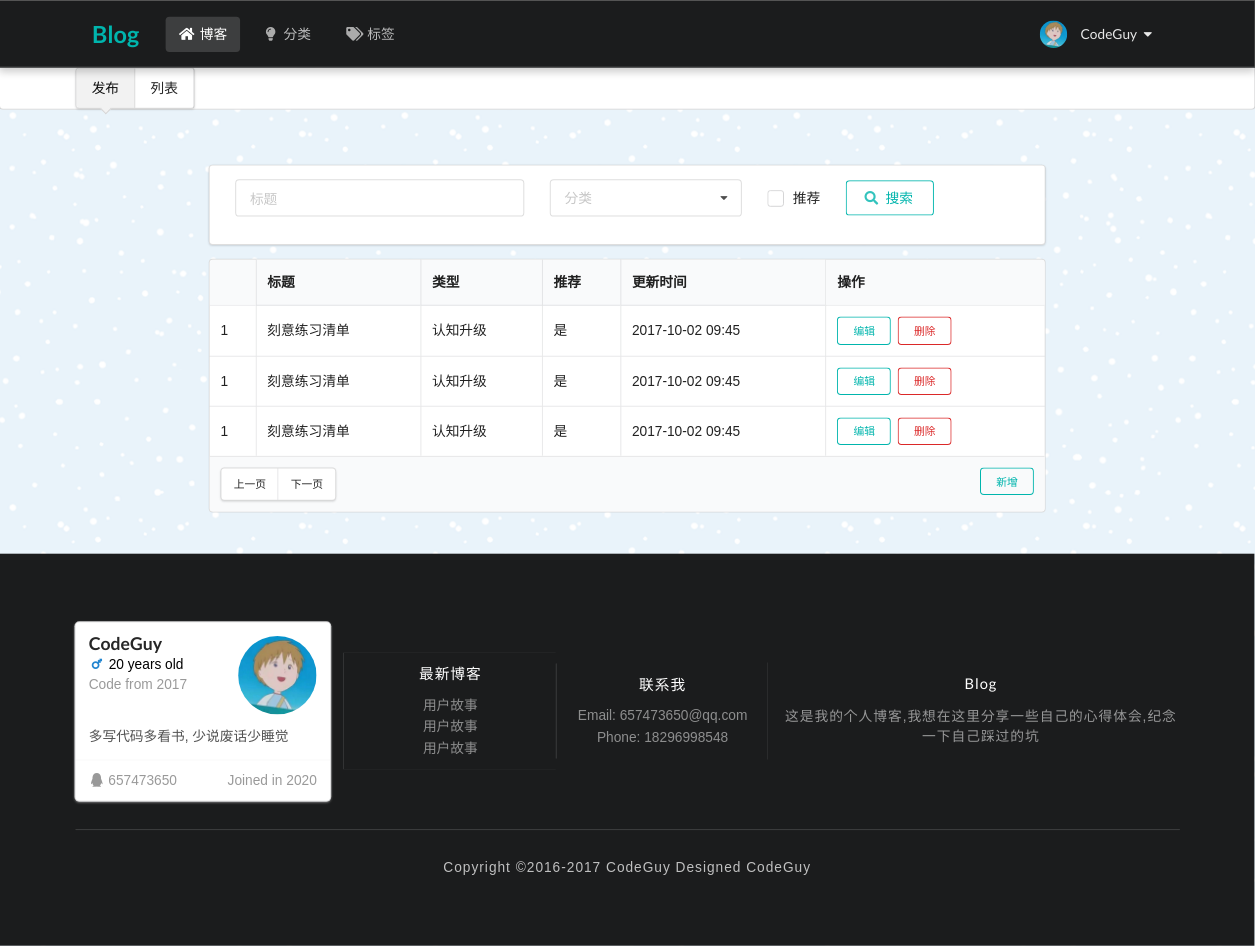
Repository: GOGOHQ/myblog
Page: admin/blog_input.html
An editor plug-in stored every save of this project. The page is shown before and after the next save, followed by the edit.
The browser window is 1280 px wide. The page is 1281 px wide, so the pictures cover 1281 px, including what lies to the right of the window. The pictures show the whole page, at 98% of full size.
Some web libraries are served in a nearby version.

Above is the page before, as saved 2020-01-18 16:38:20.

After the next save:
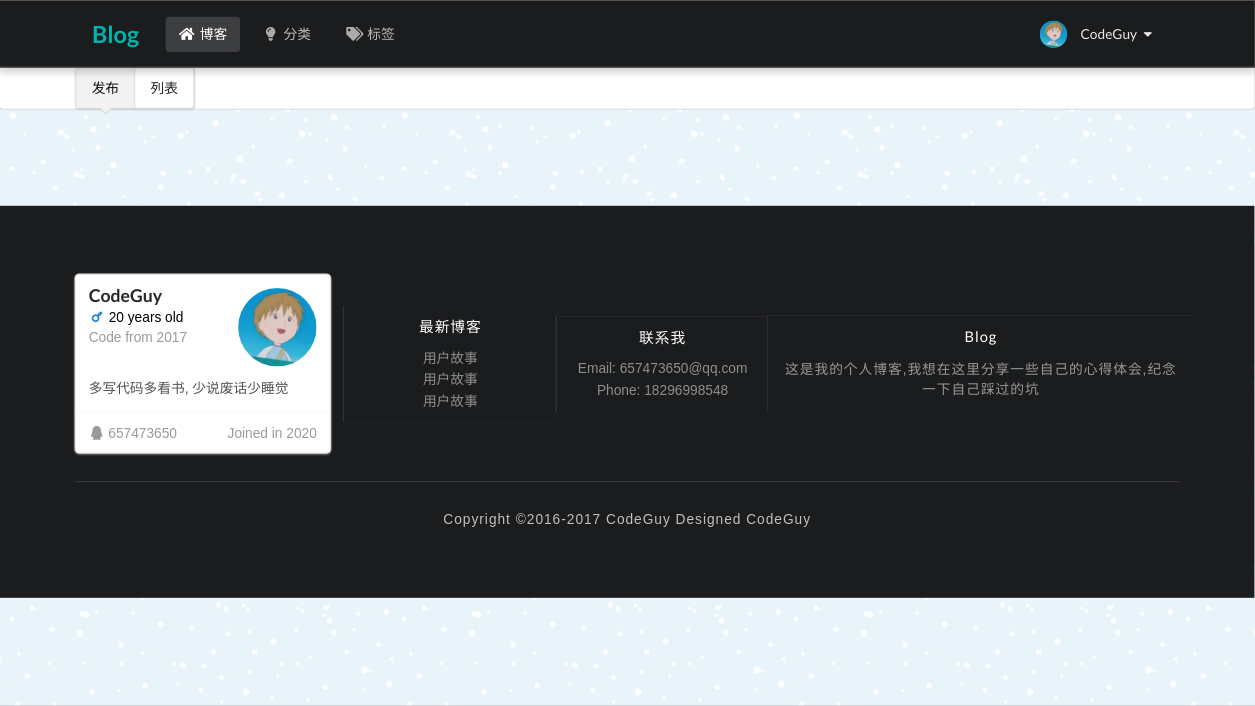
Saved 36 s later.
--- a/admin/blog_input.html
+++ b/admin/blog_input.html
@@ -49,94 +49,7 @@
 <!-- 内容 -->
 <div class="m-padded-tb-big m-small-container">
     <div class="ui container">
-        <form class="ui segment form" action="" method="POST">
-            <div class="inline fields">
-                <div class="six wide field sinput ">
-                    <input type="text" name="title" placeholder="标题">
-                </div>
-                <div class="field sinput ">
-                    <div class="ui selection dropdown">
-                        <input type="hidden" name="type">
-                        <i class="dropdown icon"></i>
-                        <div class="default text">分类</div>
-                        <div class="menu">
-                            <div class="item" data-value="1">错误日志</div>
-                            <div class="item" data-value="2">开发者手册</div>
-                            <div class="item" data-value="1">错误日志</div>
-                        </div>
-                    </div>
-                </div>
-                <div class="field sinput">
-                    <div class="ui checkbox">
-                        <input type="checkbox" id="recommend" name="recommend">
-                        <label for="recommend">
-                            推荐
-                        </label>
-                    </div>
-                </div>
-                <div class="field sinput">
-                    <button class="ui teal basic button"><i class="search icon"></i>搜索</button>
-                </div>
-            </div>
-        </form>
-        <table class="ui celled stackable table m-tb-mobile-lr">
-            <thead>
-            <tr>
-                <th></th>
-                <th>标题</th>
-                <th>类型</th>
-                <th>推荐</th>
-                <th>更新时间</th>
-                <th>操作</th>
-            </tr>
-            </thead>
-            <tbody>
-            <tr>
-                <td>1</td>
-                <td>刻意练习清单</td>
-                <td>认知升级</td>
-                <td>是</td>
-                <td>2017-10-02 09:45</td>
-                <td>
-                    <a href="#" class="ui mini basic teal button">编辑</a>
-                    <a href="#" class="ui mini basic red button">删除</a>
-                </td>
-            </tr>
-            <tr>
-                <td>1</td>
-                <td>刻意练习清单</td>
-                <td>认知升级</td>
-                <td>是</td>
-                <td>2017-10-02 09:45</td>
-                <td>
-                    <a href="#" class="ui mini basic teal button">编辑</a>
-                    <a href="#" class="ui mini basic red button">删除</a>
-                </td>
-            </tr>
-            <tr>
-                <td>1</td>
-                <td>刻意练习清单</td>
-                <td>认知升级</td>
-                <td>是</td>
-                <td>2017-10-02 09:45</td>
-                <td>
-                    <a href="#" class="ui mini basic teal button">编辑</a>
-                    <a href="#" class="ui mini basic red button">删除</a>
-                </td>
-            </tr>
-            </tbody>
-            <tfoot>
-            <tr>
-                <th colspan="6">
-                    <div class="ui left floated mini pagination menu">
-                        <a class="item">上一页</a>
-                        <a class="item">下一页</a>
-                    </div>
-                    <a href="#" class="ui right floated mini basic teal button">新增</a>
-                </th>
-            </tr>
-            </tfoot>
-        </table>
+
     </div>
 </div>
 <!-- 底部 -->
